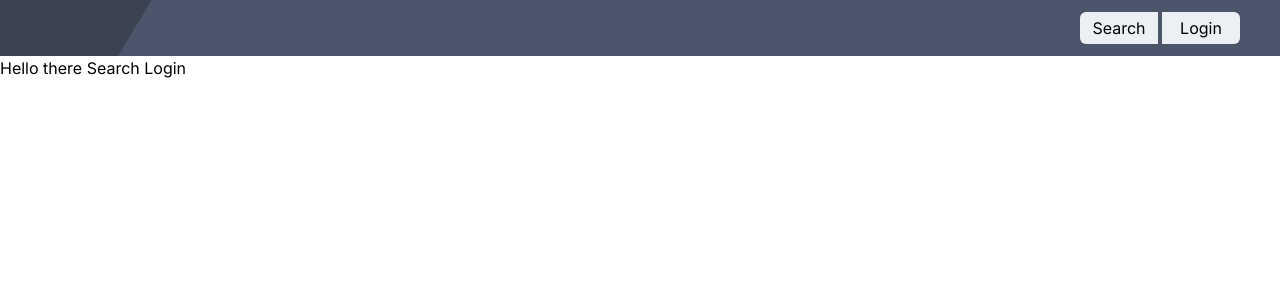
Repository: Qu4ntumGuy/project-bug
Page: /
The author's editor kept a copy of each file at every save. The page is drawn from the files as they stood at one save, then again after the next save.
The browser window is 1280 px wide. The pictures show the whole page.
The project was rebuilt for these pictures with package versions that can differ from the ones it lists, and the page was loaded fresh each time. The framework's server and built-in components were replaced by stand-ins that run in the browser. Also part of the build but not shown: next.config.mjs.

Above is the page before, as saved 2024-02-11 22:25:26.

After the next save:
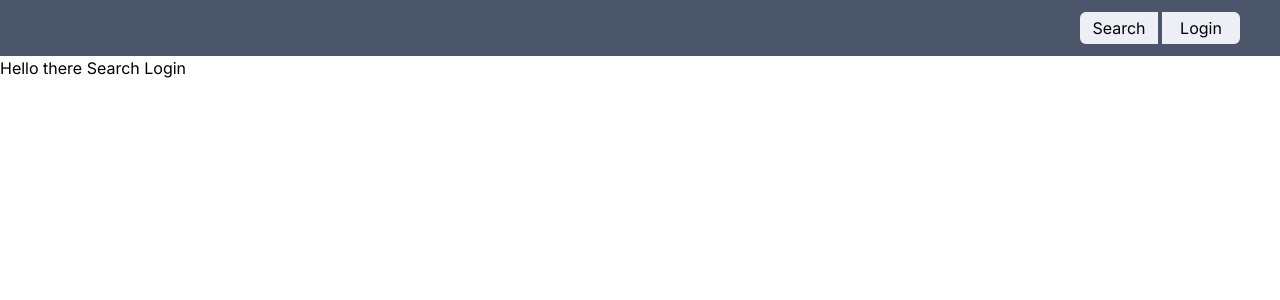
Saved 21 s later.
--- a/src/components/Navbar.js
+++ b/src/components/Navbar.js
@@ -4,7 +4,7 @@
 export default function Navbar() {
   return (
     <nav className="h-14 w-full bg-[#4C566A] flex justify-end">
-      <div className=" absolute flex -left-1 -z-0 -top-1">
+      <div className=" absolute flex -left-1 -z-10 -top-1">
         <Image
           src={reactangle}
           alt="reactangle"

After the save that followed:
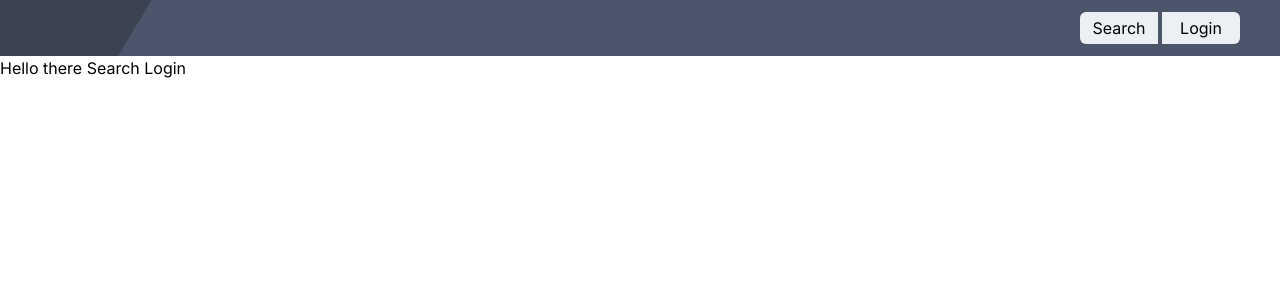
Saved 4 s later.
--- a/src/components/Navbar.js
+++ b/src/components/Navbar.js
@@ -4,7 +4,7 @@
 export default function Navbar() {
   return (
     <nav className="h-14 w-full bg-[#4C566A] flex justify-end">
-      <div className=" absolute flex -left-1 -z-10 -top-1">
+      <div className=" absolute flex -left-1 -top-1">
         <Image
           src={reactangle}
           alt="reactangle"
